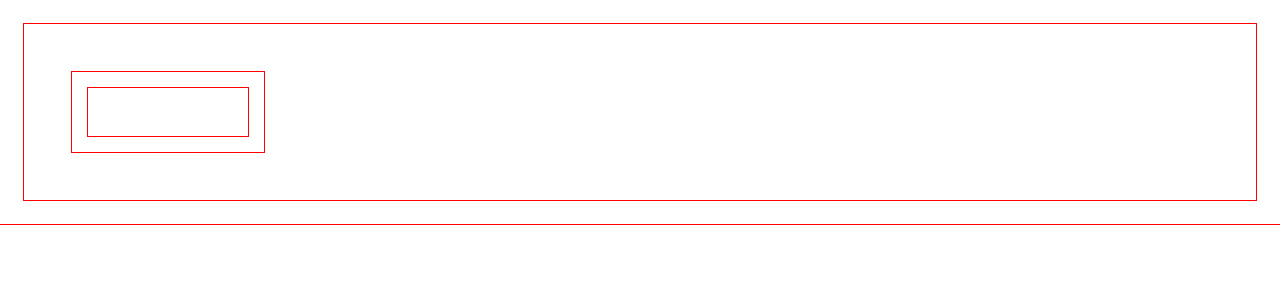
Repository: JacobSkilling-dot/Project1-Blog
Page: Week3-Blog.html
These files come from the project's save history. The page is drawn as it stood at one moment and after the next save; the edit follows.
The browser window is 1280 px wide. The pictures show the whole page.

Above is the page before, as saved 2023-01-16 19:45:50.

### Week3-Blog.html
<!DOCTYPE html>
<html lang="en">
<head>
    <meta charset="UTF-8">
    <meta http-equiv="X-UA-Compatible" content="IE=edge">
    <meta name="viewport" content="width=device-width, initial-scale=1.0">
    <title>Website Template</title>
    <link rel="stylesheet" href="style.css">
</head>
<body>
    <div class="main-content">
        <div class="search-bar"></div>
        <style>
            .main-content{
                width: 10rem;
                height: 3rem;
                margin: 2rem;
                display: flex;
            }

            .search-bar{
                width: 10rem;

            }
        </style>
    </div>

</body>
</html>

### style.css
* {
    outline: 1px solid rgb(255, 0, 0);
    padding: 1rem;
    min-height: 1rem;
}

After the next save:
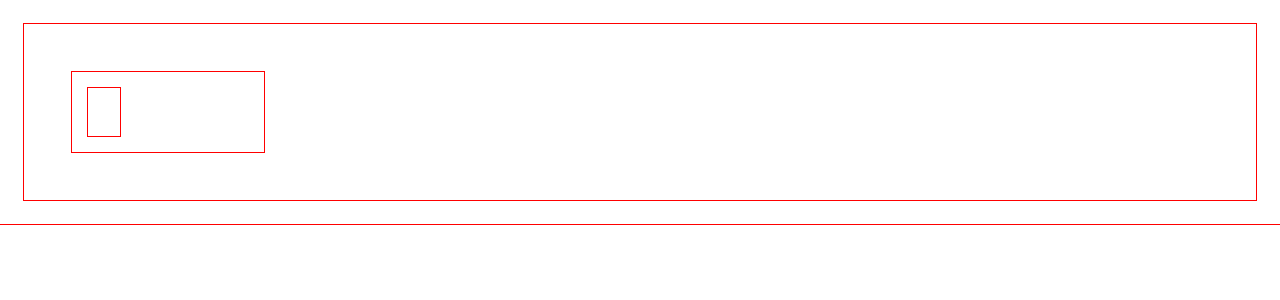
Saved 22 s later.
--- a/Week3-Blog.html
+++ b/Week3-Blog.html
@@ -19,7 +19,8 @@
             }
 
             .search-bar{
-                width: 10rem;
+                align-content: center;
+                align-items: center;
 
             }
         </style>
